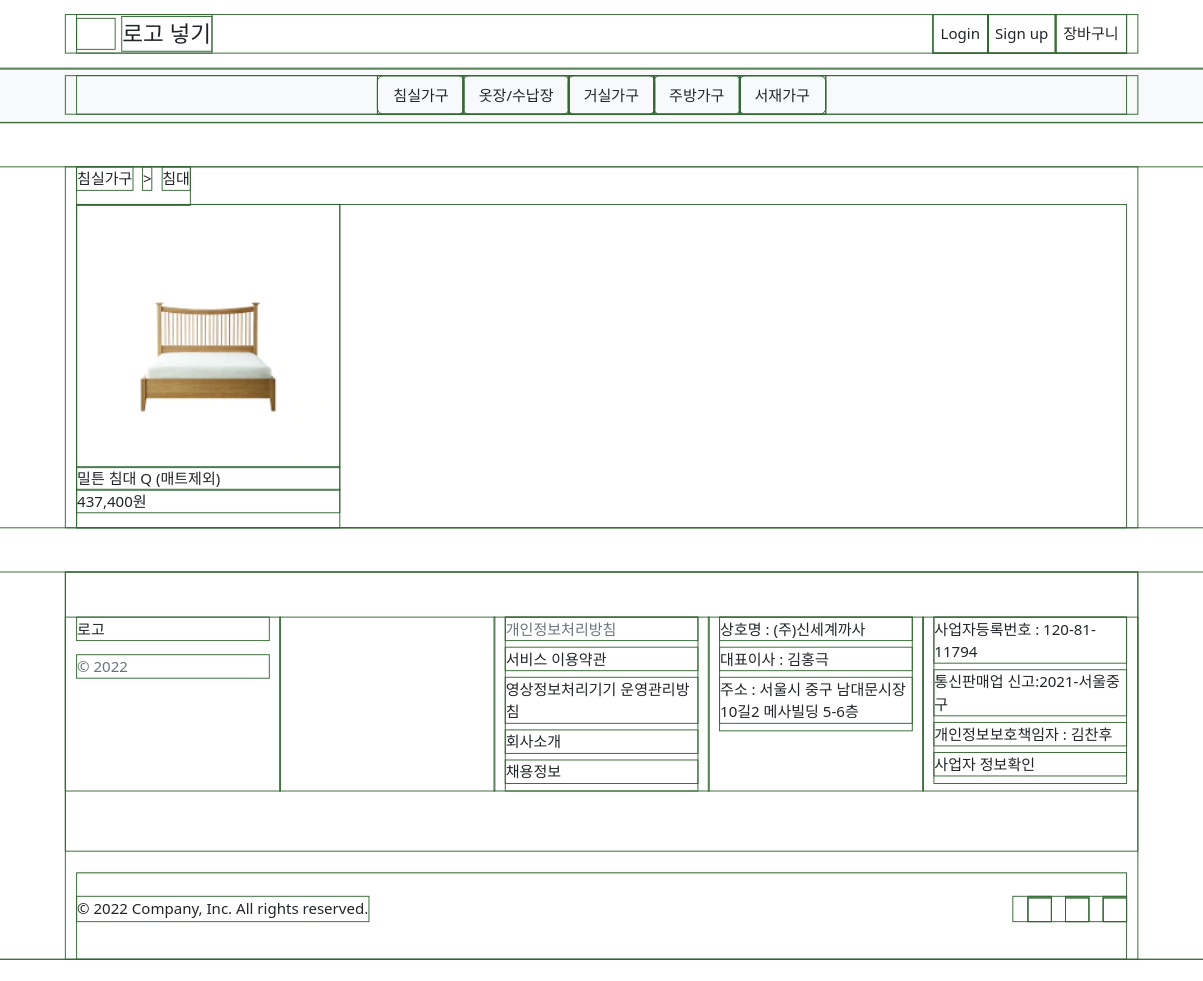
Repository: raoniee/Elice-House-Project
Page: FE/views/pages/main/item-list-page.html
An editor plug-in stored every save of this project. The page is shown before and after the next save, followed by the edit.
The browser window is 1280 px wide. The pictures show the whole page, at 94% of full size.

Above is the page before, as saved 2023-07-06 13:50:26.

After the next save:
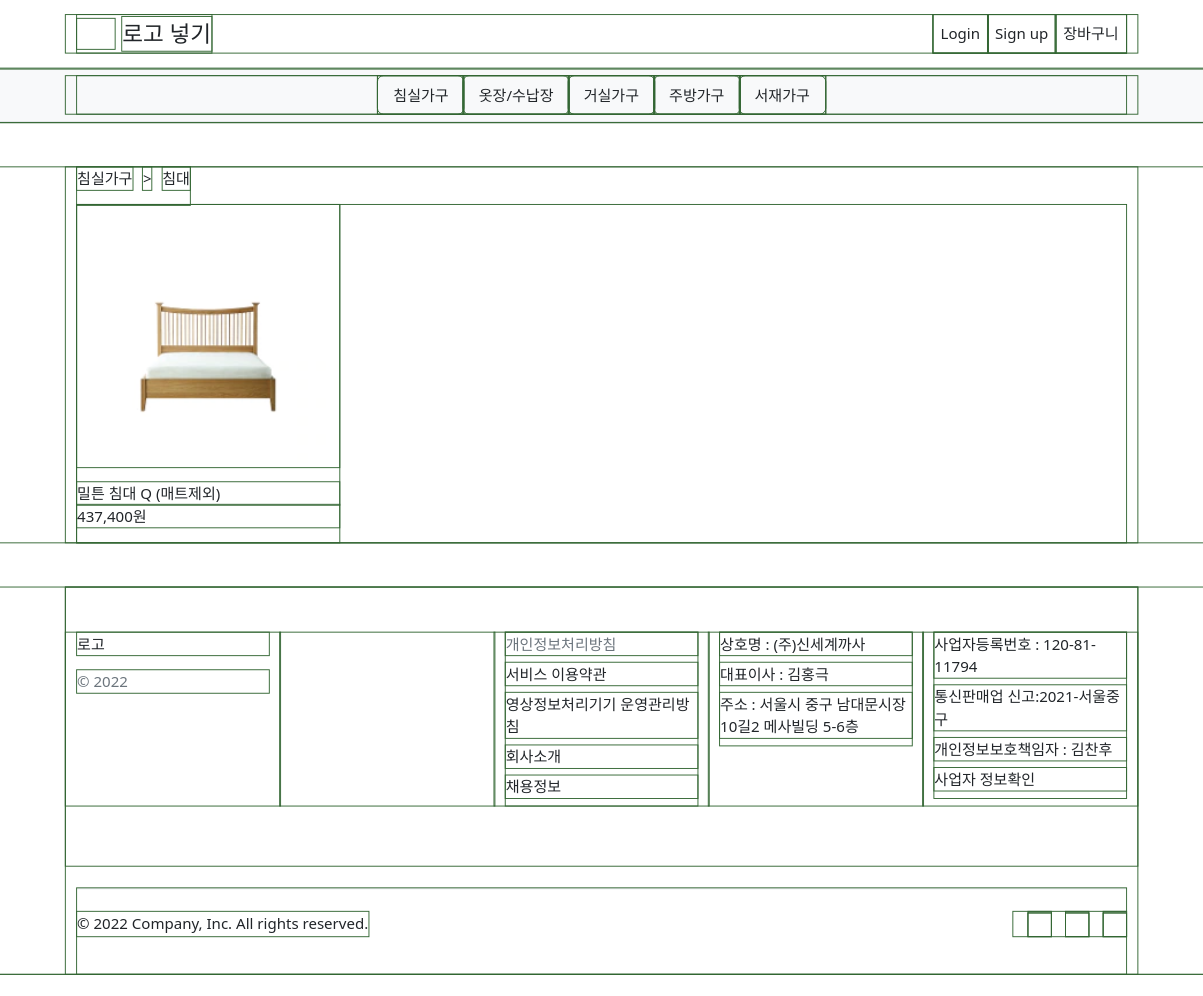
Saved 84 s later.
--- a/FE/views/pages/main/item-list-page.html
+++ b/FE/views/pages/main/item-list-page.html
@@ -47,7 +47,11 @@
 
         <div class="item_list">
           <div class="item_list_card w-25 d-flex flex-column">
-            <img src="../../../public/assets/imgs/item-list-card.webp" alt="" />
+            <img
+              class="mb-3"
+              src="../../../public/assets/imgs/item-list-card.webp"
+              alt=""
+            />
             <span class="item_list_name">밀튼 침대 Q (매트제외)</span>
             <p class="item_list_price">437,400원</p>
           </div>
